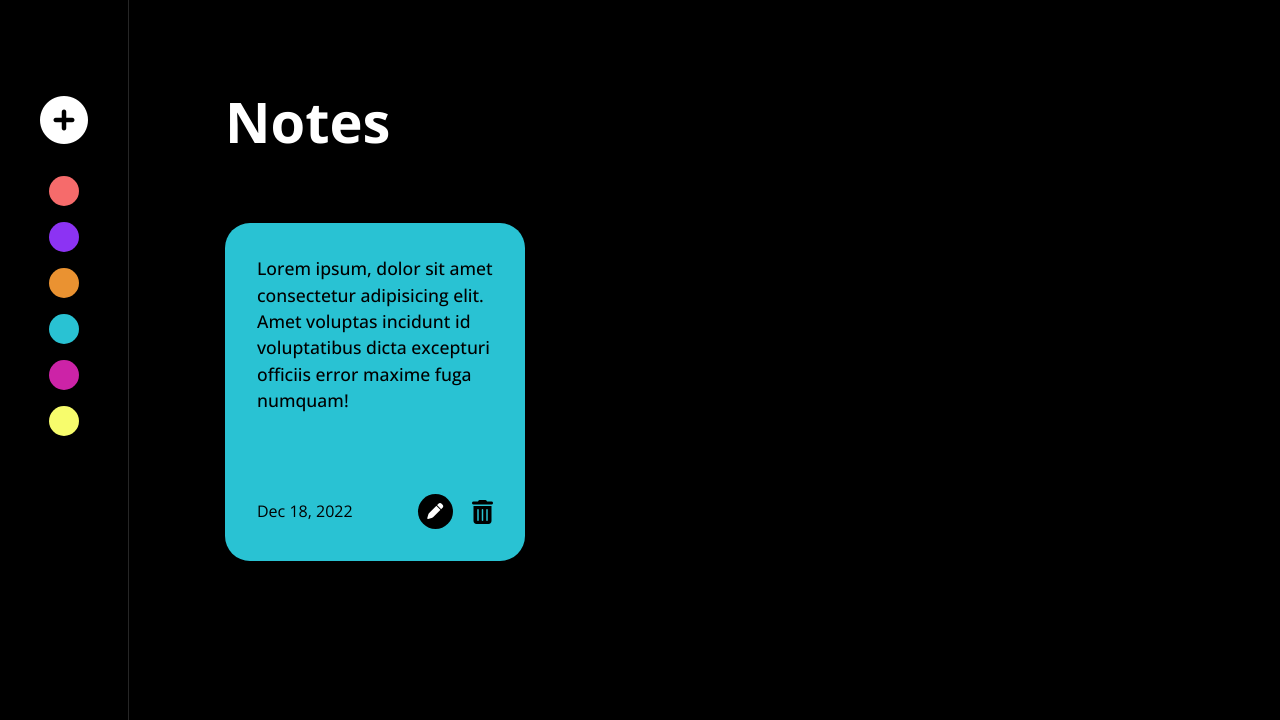
Repository: emiliaiwu/notes_app
Page: index.html
The author's editor kept a copy of each file at every save. The page is drawn from the files as they stood at one save, then again after the next save.
The browser window is 1280 px wide. The pictures show the whole page.
Some web libraries are served in a nearby version.

Above is the page before, as saved 2022-12-19 23:55:50.

After the next save:
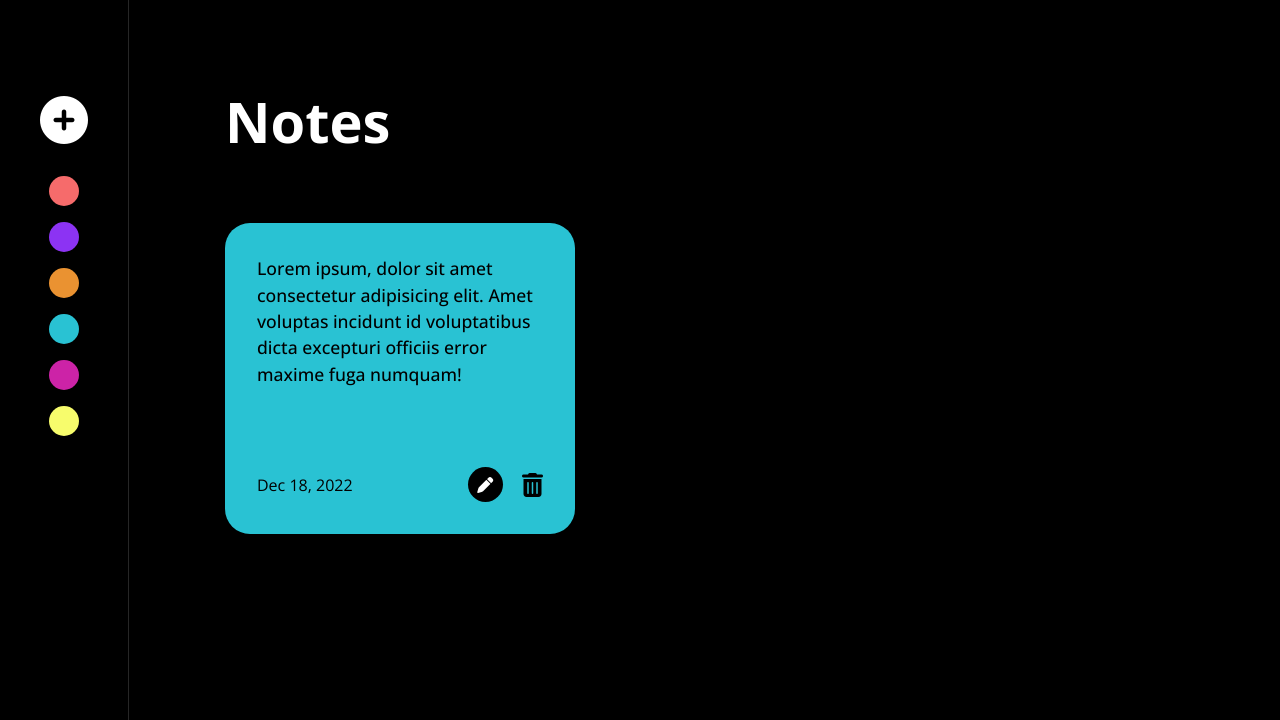
Saved 12 s later.
--- a/style.css
+++ b/style.css
@@ -96,7 +96,7 @@ h1 {
 .cards {
     display: grid;
     /* grid-template-columns: repeat(auto-fit, minmax(19rem, 1fr)); */
-    grid-template-columns: repeat(3, 300px);
+    grid-template-columns: repeat(3, 350px);
     gap: 2.5rem;
 }
 
